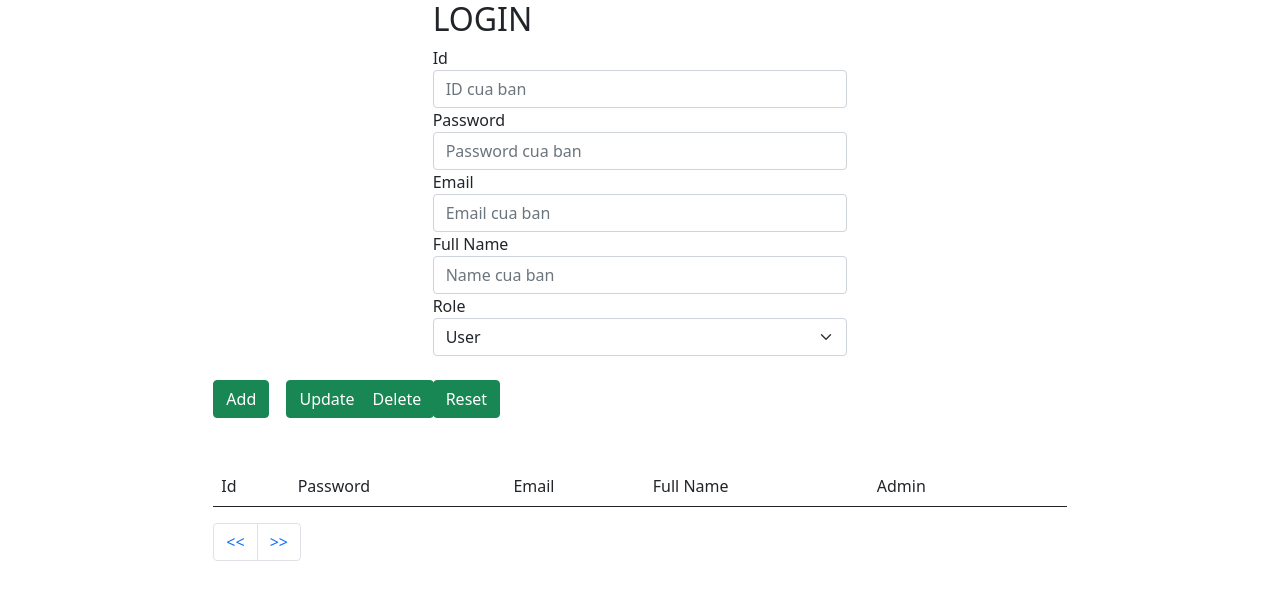
Repository: kiennd3921/AssJava4
Page: http://localhost/Assignment/view/auth/index.jsp
An editor plug-in stored every save of this project. The page is shown before and after the next save, followed by the edit.
The browser window is 1280 px wide. The pictures show the whole page.
The page is served by Tomcat 9. Other server files are loaded and not shown. The template is opened directly, without the code that normally fills it, so the values that code supplies are empty.

Above is the page before, as saved 2021-04-17 17:48:01.

### PT15307-UD/Assignment/WebContent/view/auth/index.jsp
<%@ page language="java" contentType="text/html; charset=UTF-8"
	pageEncoding="UTF-8"%>
<!DOCTYPE html>
<html>
<head>
<meta charset="UTF-8">
<title>QL Users</title>
<%@ taglib uri="http://java.sun.com/jstl/core_rt" prefix="c"%>
<link
	href="https://cdn.jsdelivr.net/npm/bootstrap@5.0.0-beta2/dist/css/bootstrap.min.css"
	rel="stylesheet"
	integrity="sha384-BmbxuPwQa2lc/FVzBcNJ7UAyJxM6wuqIj61tLrc4wSX0szH/Ev+nYRRuWlolflfl"
	crossorigin="anonymous">
</head>
<body>
	<div class="col-8 offset-2">
		<div class="row col-mb-3">
			<form action="${user}" method="post" class="col-6 offset-3">
				<h2>LOGIN</h2>
				<div class="form-group">
					<label>Id</label> <input type="text" name="id" value="${user.id}" class="form-control"
						placeholder="ID cua ban" required name="">
				</div>
				<div class="form-group">
					<label>Password</label> <input type="password" name="password" value="${user.password}" class="form-control"
						placeholder="Password cua ban" required name="">
				</div>
				<div class="form-group">
					<label>Email</label> <input type="email" name="email" value="${user.email}" class="form-control"
						placeholder="Email cua ban" required name="">
				</div>

				<div class="form-group">
					<label>Full Name</label> <input type="text" name="fullname" value="${user.fullname}" class="form-control"
						placeholder="Name cua ban" required name="">
				</div>
				<div>
					<label>Role</label> <select class="form-select" id="role"
						name="role">
						<option ${ user.role == 1 ? "selected" : "" } value="1">User</option>
						<option ${ user.role == 0 ? "selected" : "" } value="2">Admin</option>
					</select>
				</div>
			</form>
		</div>


		<div class="mt-4 row">
			<div class="col-md-1">
				<button class="btn btn-success">Add</button>
			</div>
			<div class="col-md-1">
				<button class="btn btn-success">Update</button>
			</div>
			<div class="col-md-1">
				<button class="btn btn-success">Delete</button>
			</div>
			<div class="col-md-1">
				<button class="btn btn-success">Reset</button>
			</div>

		</div>
		<div class="mt-5 table-responsive">
			<table class="table table-striped">
				<thead>
					<tr>
						<td>Id</td>
						<td>Password</td>
						<td>Email</td>
						<td>Full Name</td>
						<td>Admin</td>
						<td></td>
					</tr>
				</thead>
				<tbody>
					<c:forEach var="user" items="${ listUser }">
						<tr>
							<td>${ user.id }</td>
							<td>${ user.password }</td>
							<td>${ user.email }</td>
							<td>${ user.fullname }</td>
							<td>${ user.admin }</td>
							<td><a href="${user }/edit?id=${ user.id }"
								class="btn btn-primary">Edit</a></td>
						</tr>
					</c:forEach>
				</tbody>
			</table>

			<ul class="pagination">
				<li class="page-item"><a class="page-link"
					href="/PT15307-UD/users?page=${ page - 1 }"> << </a></li>
				<li class="page-item"><a class="page-link"
					href="/PT15307-UD/users?page=${ page + 1 }"> >> </a></li>
			</ul>
		</div>
	</div>
</body>
</html>

After the next save:
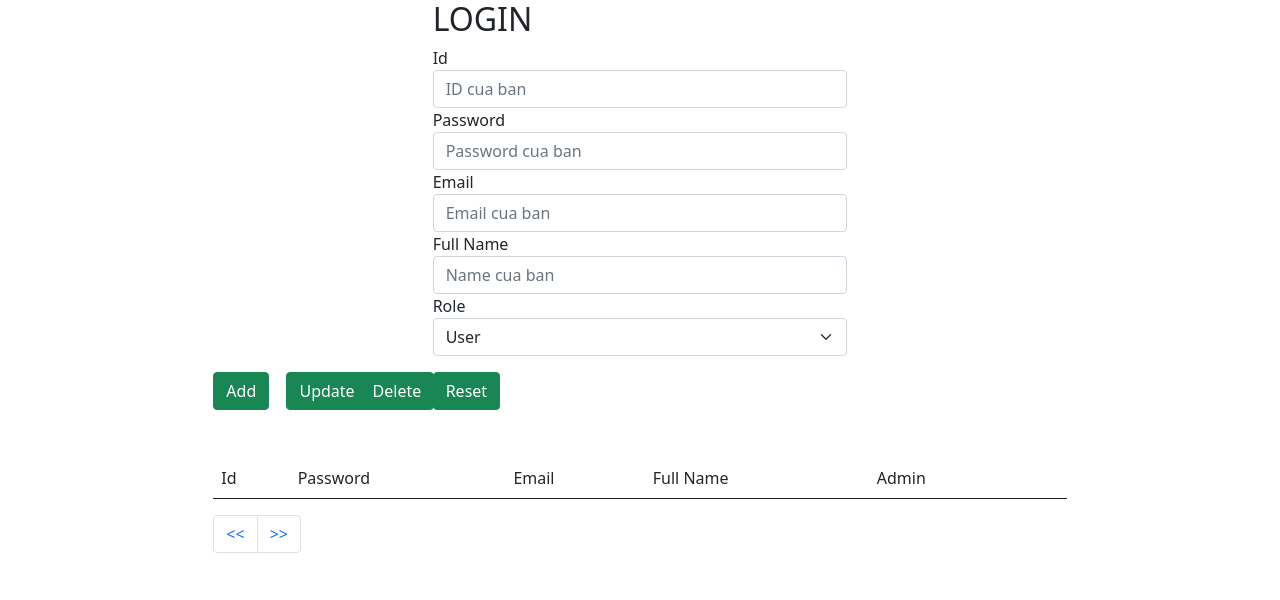
Saved 2 s later.
--- a/PT15307-UD/Assignment/WebContent/view/auth/index.jsp
+++ b/PT15307-UD/Assignment/WebContent/view/auth/index.jsp
@@ -45,7 +45,7 @@
 		</div>
 
 
-		<div class="mt-4 row">
+		<div class="mt-3 row">
 			<div class="col-md-1">
 				<button class="btn btn-success">Add</button>
 			</div>

After the save that followed:
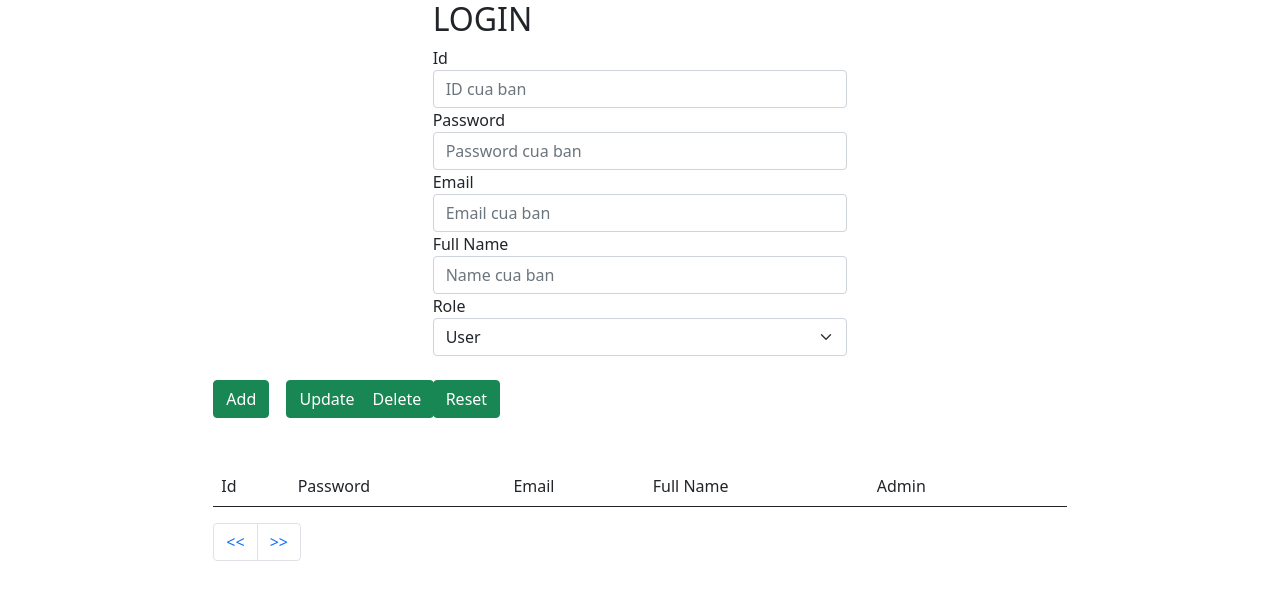
Saved 5 s later.
--- a/PT15307-UD/Assignment/WebContent/view/auth/index.jsp
+++ b/PT15307-UD/Assignment/WebContent/view/auth/index.jsp
@@ -45,7 +45,7 @@
 		</div>
 
 
-		<div class="mt-3 row">
+		<div class="mt-4 row">
 			<div class="col-md-1">
 				<button class="btn btn-success">Add</button>
 			</div>
